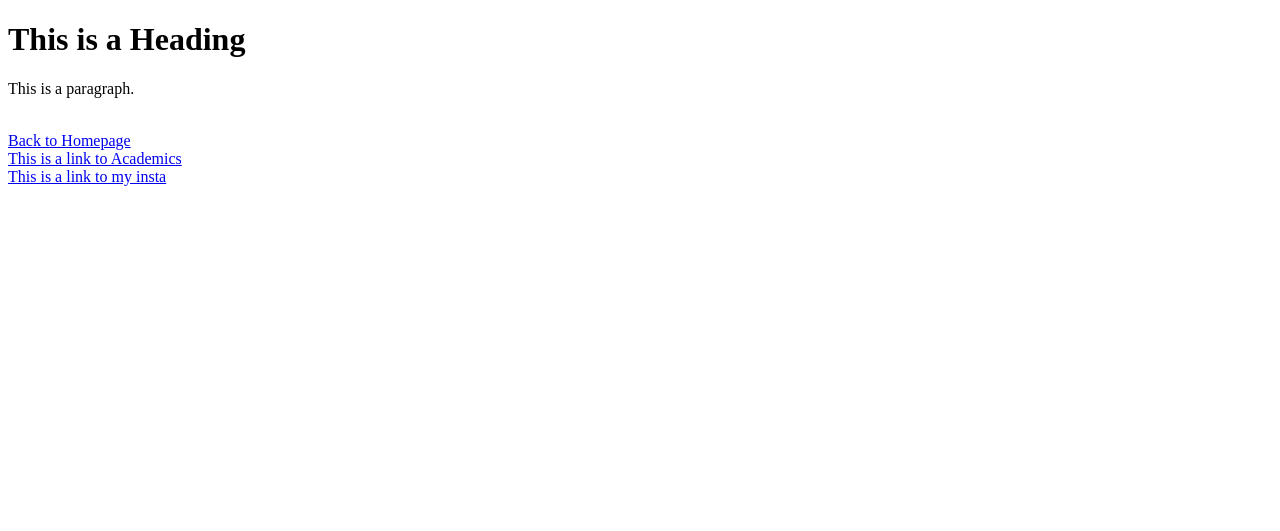
Repository: mativan15/mativan15
Page: hobbies.html
These files come from the project's save history. The page is drawn as it stood at one moment and after the next save; the edit follows.
The browser window is 1280 px wide. The pictures show the whole page.

Above is the page before, as saved 2023-10-20 16:14:20.

### hobbies.html
<!DOCTYPE html>
<html lang="en">
<head>
    <meta charset="UTF-8">
    <meta name="viewport" content="width=device-width, initial-scale=1.0">
    <title>Iván Sardón - Hobbies</title>
</head>
<body>
    <h1>This is a Heading</h1>
    <p>This is a paragraph.</p>
    <br>
    <a href="homepage.html">Back to Homepage</a><br>
    <a href="academics.html">This is a link to Academics</a><br>
    <a href="https://www.instagram.com/ivimatthiass/">This is a link to my insta</a>

</body>
</html>

After the next save:
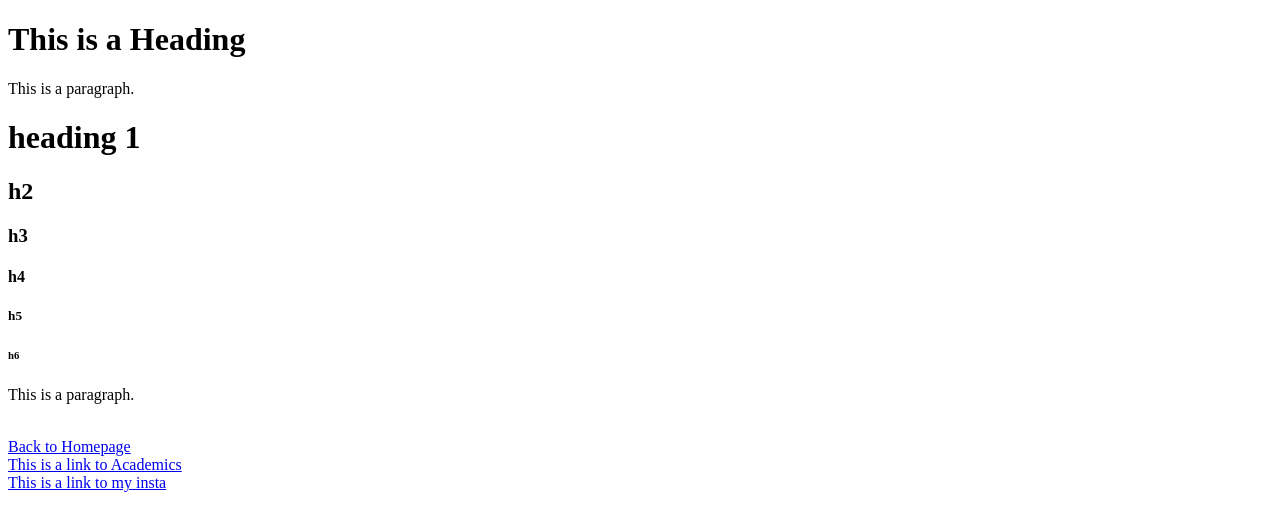
Saved 2 h 23 min later.
--- a/hobbies.html
+++ b/hobbies.html
@@ -8,6 +8,13 @@
 <body>
     <h1>This is a Heading</h1>
     <p>This is a paragraph.</p>
+    <h1>heading 1</h1>
+    <h2>h2</h2>
+    <h3>h3</h3>
+    <h4>h4</h4>
+    <h5>h5</h5>
+    <h6>h6</h6>
+    <p>This is a paragraph.</p>
     <br>
     <a href="homepage.html">Back to Homepage</a><br>
     <a href="academics.html">This is a link to Academics</a><br>
